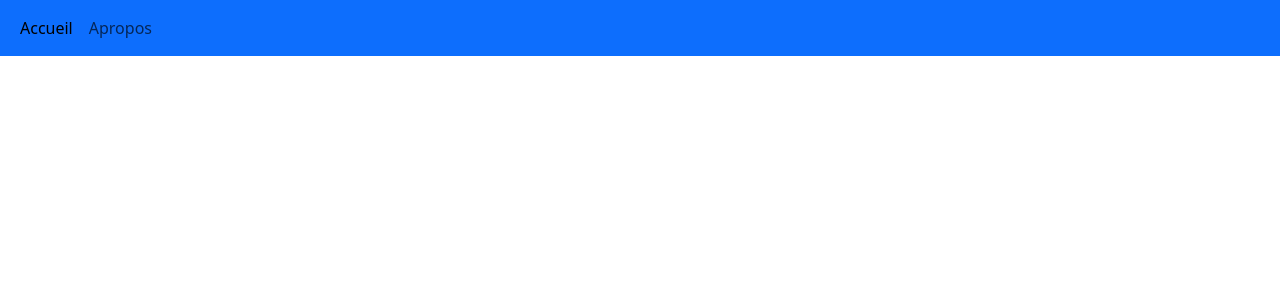
Repository: SKB-TECH/MinProject
Page: IHM/index.html
An editor plug-in stored every save of this project. The page is shown before and after a run of saves, followed by the edit.
The browser window is 1280 px wide. The pictures show the whole page.
Some web libraries are served in a nearby version.

Above is the page before, as saved 2022-09-29 14:54:40.

After the next 2 saves:
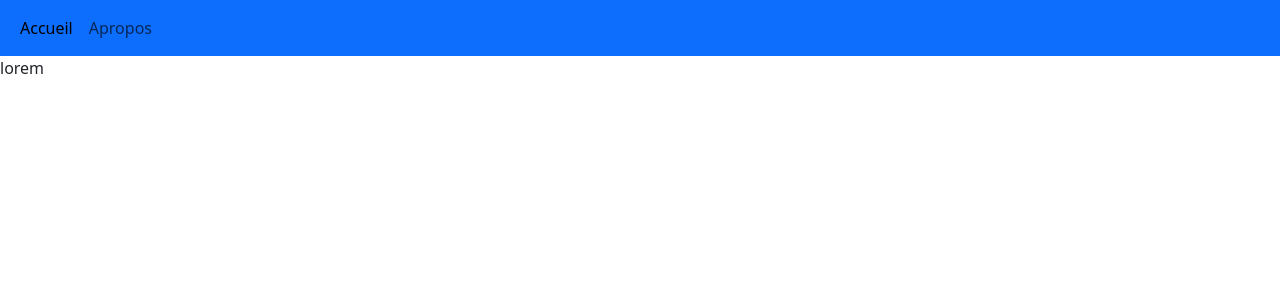
The 2 saves are shown as one change because they came seconds apart.
The last was saved 19 s later.
--- a/IHM/index.html
+++ b/IHM/index.html
@@ -23,6 +23,8 @@
               </nav>
         </header>
 
-
+        <p>
+            lorem
+        </p>
 </body>
 </html>
